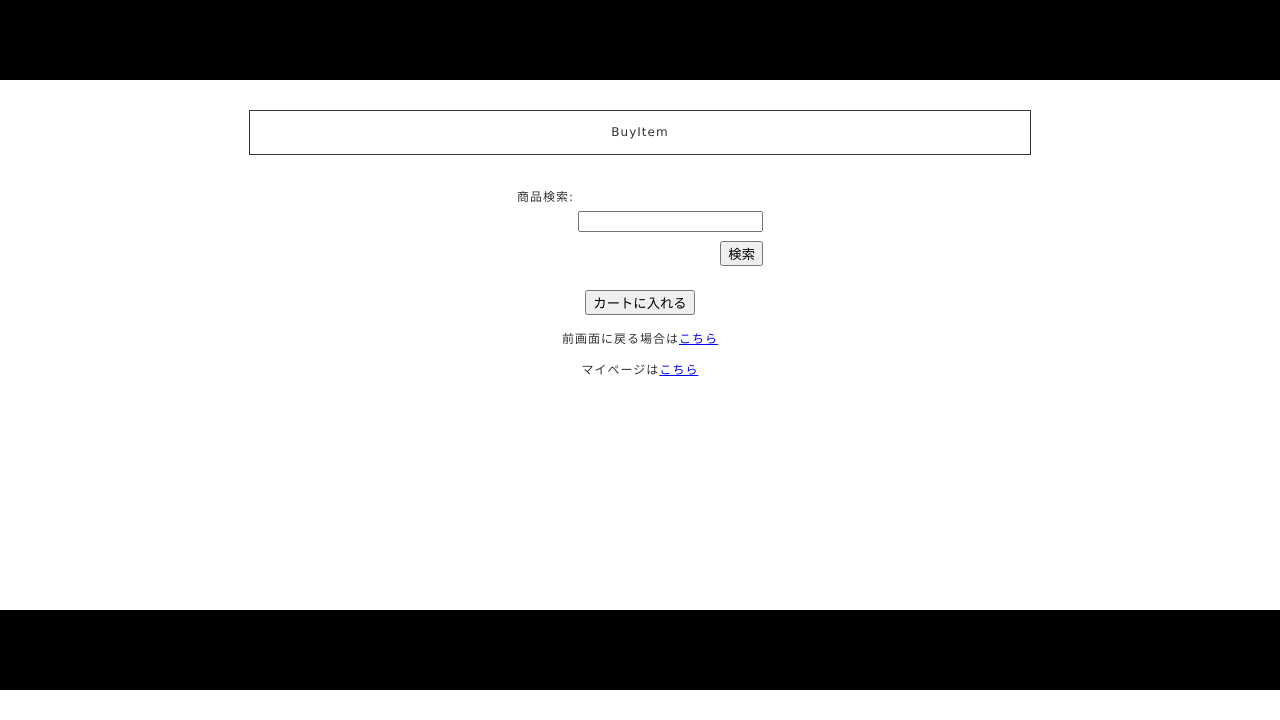
Repository: y321sudo/test2
Page: http://localhost/Yukazon/buyItem.jsp
These files come from the project's save history. The page is drawn as it stood at one moment and after the next save; the edit follows.
The browser window is 1280 px wide. The pictures show the whole page.
The page is served by Tomcat 9. Other server files are loaded and not shown.

Above is the page before, as saved 2018-02-26 05:27:43.

### Yukazon/WebContent/buyItem.jsp
<%@ page language="java" contentType="text/html; charset=UTF-8" pageEncoding="UTF-8"%>
<%@ taglib prefix="s" uri="/struts-tags"%>
<!DOCTYPE html>
<html>
<head>
	<meta http-equiv="Content-Type" content="text/html; charset=utf-8" />
	<meta http-equiv="Content-Style-Type" content="text/css" />
	<meta http-equiv="Content-Script-Type" content="text/javascript" />
	<meta http-equiv="imagetoolbar" content="no" />
	<meta name="description" content="" />
	<meta name="keywords" content="" />

	<title>buyItem画面</title>

	<style type="text/css">
/* ========TAG LAYOUT======== */
	body {
		margin:0;
		padding:0;
		line-height:1.6;
		letter-spacing:1px;
		font-family:Verdana, Helvetica, sans-serif;
		font-size:12px;
		color:#333;
		background:#fff;
	}
	table {
		text-align:center;
		margin:0 auto;
	}
/* ========ID LAYOUT======== */
	#top {
		width:780px;
		margin:30px auto;
		border:1px solid #333;
	}
	#header {
		width: 100%;
		height: 80px;
		background-color: black;
	}
	#main {
		width: 100%;
		height: 500px;
		text-align: center;
	}
	#footer {
		width: 100%;
		height: 80px;
		background-color: black;
		clear:both;
	}
	</style>
</head>
<body>
	<div id="header">
	</div>
	<div id="main">
		<div id="top">
			<p>BuyItem</p>
		</div>
<div>
		<s:form action="ItemSearchAction">

			<tr>
				<td>
					<label>商品検索:</label>
					<s:textfield name="searchWord" value=""/>
				</td>
				<td>
					<s:submit value="検索"/>
				</td>
			</tr>

		</s:form>

		<s:if test="message != ''">
			<h3><s:property value="message" escape="false"/></h3>
		</s:if>

		<s:form action="BuyItemAction">
			<table>
				<s:iterator value="buyItemDTOList">

				<tr>
					<td>
						<h3><s:property value="itemName"/></h3>
					</td>
				</tr>



				<tr>
					<td>
						<span>値段</span>
					</td>
					<td>
						<s:property value="itemPrice" /><span>円</span>
					</td>
				</tr>
				<tr>
					<td>
						<span>在庫</span>
					</td>
					<td>
					<s:if test="item_stock>0">
						<s:property value="item_stock"/>
					</s:if>
					<s:else>
						<span>品切れ</span>
					</s:else>
					</td>
				</tr>

				<tr>
					<td>
						<span>購入個数</span>
					</td>
					<td>
					<s:if test="item_stock>0">
						<select name="count">
							<option value="0" selected="selected">0</option>
							<option value="1">1</option>
							<option value="2">2</option>
							<option value="3">3</option>
							<option value="4">4</option>
							<option value="5">5</option>
						</select>
					</s:if>
					<s:else>
						<select name="count">
							<option value="0" selected="selected">0</option>
						</select>
					</s:else>
					</td>
				</tr>
				<tr>
					<td>
						<br>
					</td>
				</tr>
				</s:iterator>

				<tr>
					<td>
						<s:submit value="カートに入れる"/>
					</td>
				</tr>

			</table>
		</s:form>

			<div>
				<p>前画面に戻る場合は<a href='<s:url action="GoHomeAction" />'>こちら</a></p>
				<p>マイぺージは<a href='<s:url action="MyPageAction" />'>こちら</a></p>
			</div>
		</div>
	</div>
	<div id="footer">
	</div>
</body>
</html>

After the next save:
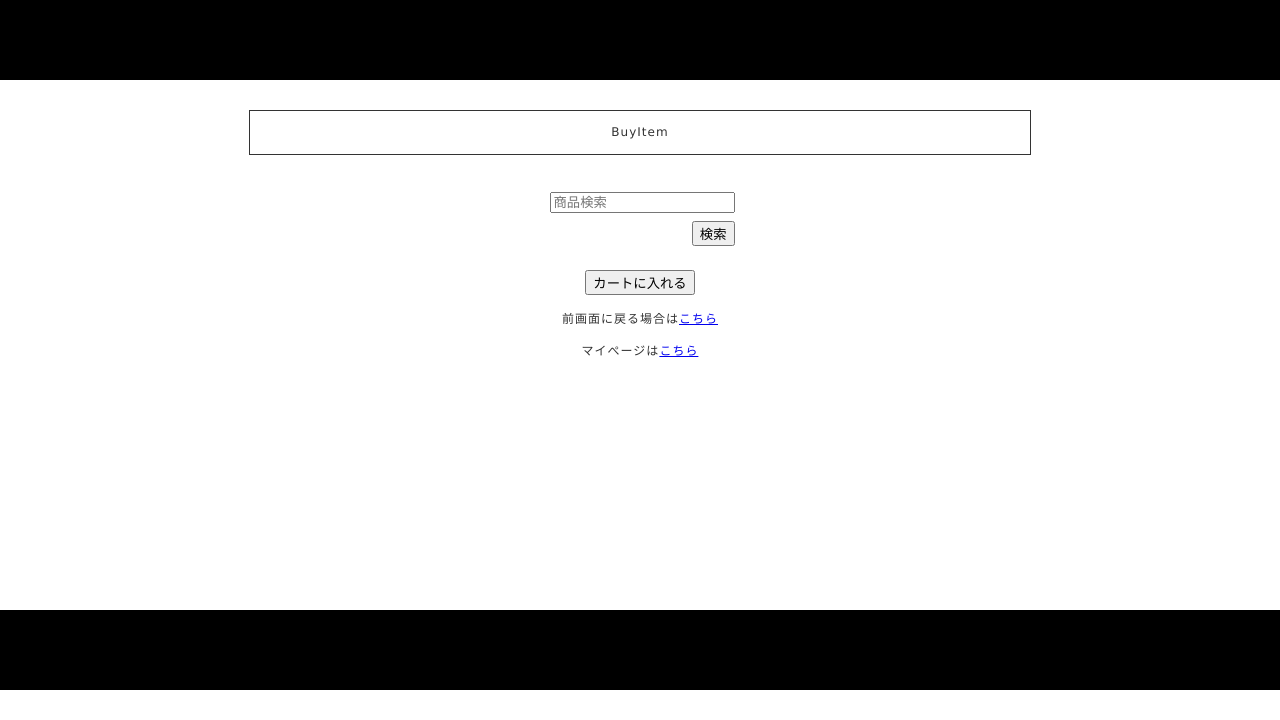
Saved 2 min 7 s later.
--- a/Yukazon/WebContent/buyItem.jsp
+++ b/Yukazon/WebContent/buyItem.jsp
@@ -64,8 +64,7 @@
 
 			<tr>
 				<td>
-					<label>商品検索:</label>
-					<s:textfield name="searchWord" value=""/>
+					<s:textfield name="searchWord" placeholder="商品検索"/>
 				</td>
 				<td>
 					<s:submit value="検索"/>
